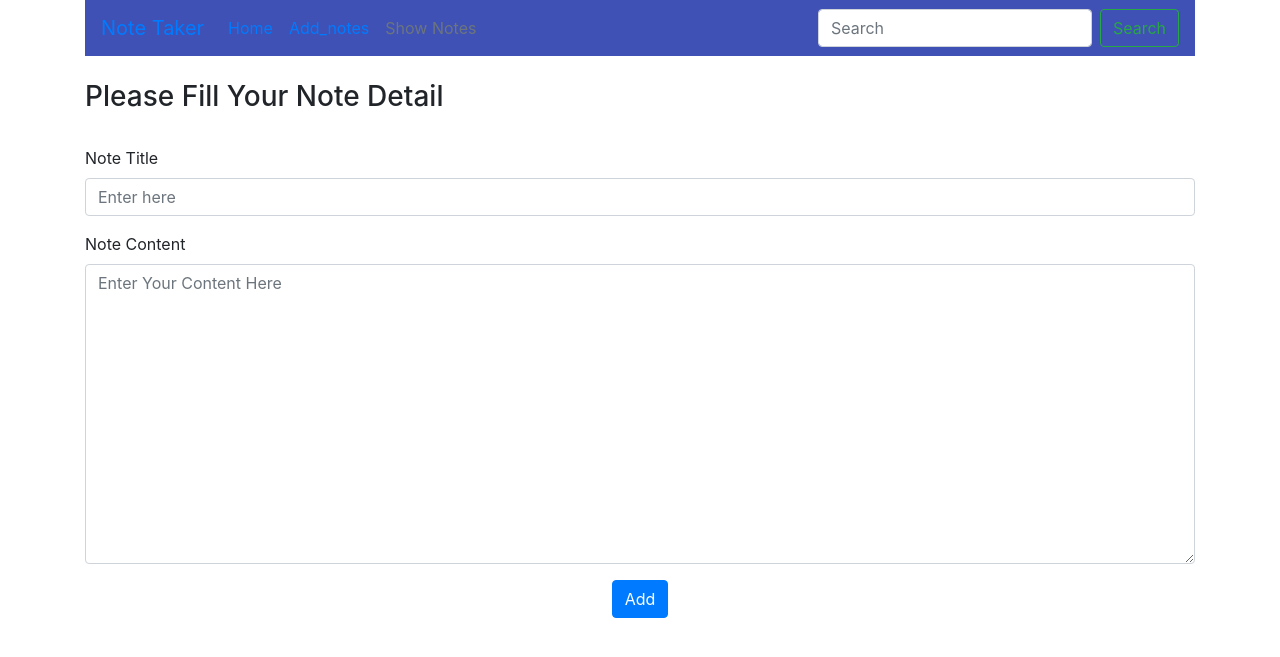
Repository: PratibhaMastud/index.jsp
Page: http://localhost/JavaWebApp/add_notes.jsp
An editor plug-in stored every save of this project. The page is shown before and after the next save, followed by the edit.
The browser window is 1280 px wide. The pictures show the whole page.
Some web libraries are served in a nearby version. The page is served by Tomcat 9.

Above is the page before, as saved 2020-06-29 06:43:33.

After the next save:
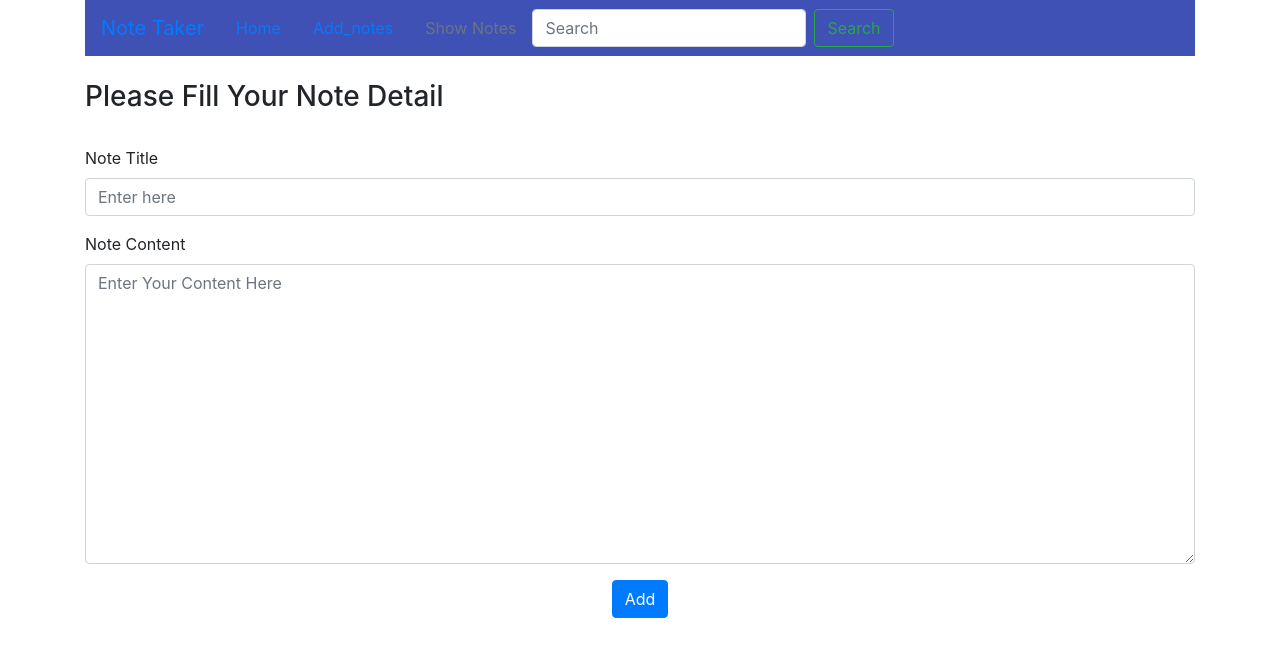
Saved 33 s later.
--- a/JavaWebApp/src/main/webapp/navbar.jsp
+++ b/JavaWebApp/src/main/webapp/navbar.jsp
@@ -5,18 +5,11 @@
   </button>
 
   <div class="collapse navbar-collapse" id="navbarSupportedContent">
-    <ul class="navbar-nav mr-auto">
-      <li class="nav-item active">
         <a class="nav-link" href="index.jsp">Home<span class="sr-only">(current)</span></a>
-      </li>
-      <li class="nav-item">
+
         <a class="nav-link" href="add_notes.jsp">Add_notes</a>
-      </li>
 
-      <li class="nav-item">
         <a class="nav-link disabled" href="all_notes.jsp">Show Notes</a>
-      </li>
-    </ul>
     <form class="form-inline my-2 my-lg-0">
       <input class="form-control mr-sm-2" type="search" placeholder="Search" aria-label="Search">
       <button class="btn btn-outline-success my-2 my-sm-0" type="submit">Search</button>

After the 2 saves that followed:
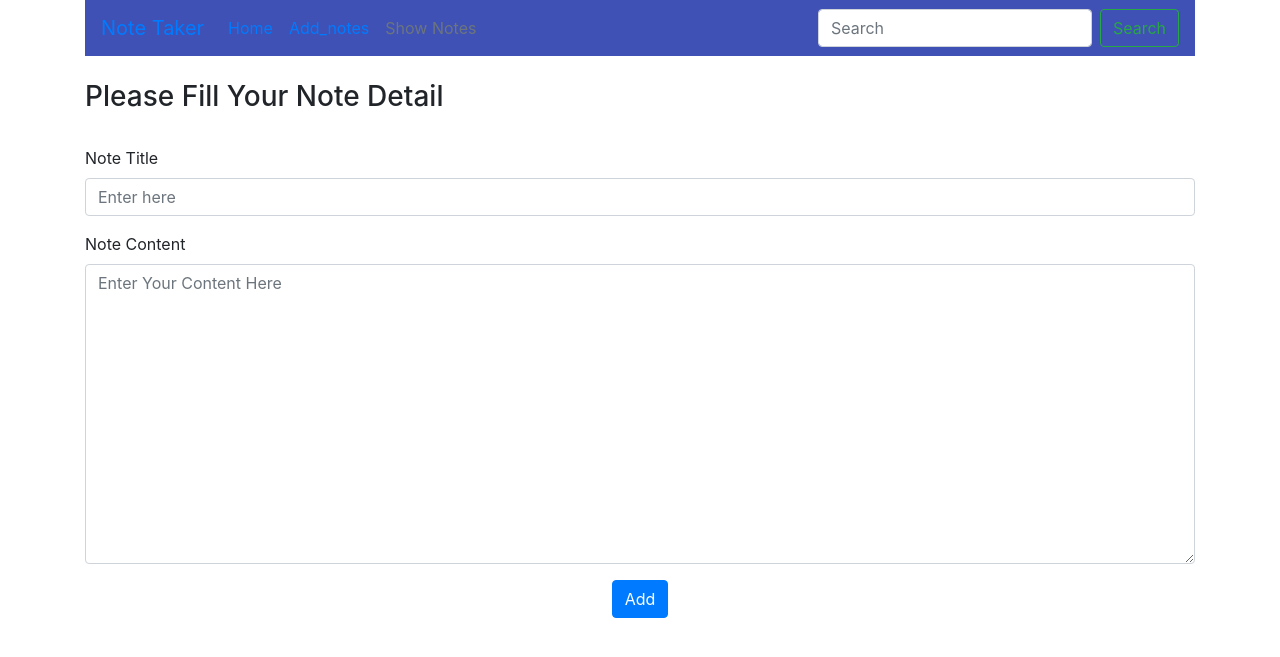
The 2 saves are shown as one change because 1 left the picture as it was.
The last was saved 33 s later.
--- a/JavaWebApp/src/main/webapp/add_notes.jsp
+++ b/JavaWebApp/src/main/webapp/add_notes.jsp
@@ -10,7 +10,7 @@
 <body>
 <div class="container">
 	<%@include file="navbar.jsp"%><br>
-		<h3>Please Fill Your Note Detail</h3></br>
+	<h3>Please Fill Your Note Detail</h3></br>
 
 <!--this is add form  -->
 <form action="SaveNoteServlet" method="post">
--- a/JavaWebApp/src/main/webapp/navbar.jsp
+++ b/JavaWebApp/src/main/webapp/navbar.jsp
@@ -1,15 +1,22 @@
 <nav class="navbar navbar-expand-lg purple">
-  <a class="navbar-brand" href="#">Note Taker</a>
+  <a class="navbar-brand" href="index.jsp">Note Taker</a>
   <button class="navbar-toggler" type="button" data-toggle="collapse" data-target="#navbarSupportedContent" aria-controls="navbarSupportedContent" aria-expanded="false" aria-label="Toggle navigation">
     <span class="navbar-toggler-icon"></span>
   </button>
 
   <div class="collapse navbar-collapse" id="navbarSupportedContent">
-        <a class="nav-link" href="index.jsp">Home<span class="sr-only">(current)</span></a>
+    <ul class="navbar-nav mr-auto">
+      <li class="nav-item active">
+        <a class="nav-link" href="index.jsp">Home</a>
+      </li>
+      <li class="nav-item">
+        <a class="nav-link" href="add_notes.jsp">Add_notes</a>
+      </li>
 
-        <a class="nav-link" href="add_notes.jsp">Add_notes</a>
-
+      <li class="nav-item">
         <a class="nav-link disabled" href="all_notes.jsp">Show Notes</a>
+      </li>
+    </ul>
     <form class="form-inline my-2 my-lg-0">
       <input class="form-control mr-sm-2" type="search" placeholder="Search" aria-label="Search">
       <button class="btn btn-outline-success my-2 my-sm-0" type="submit">Search</button>
